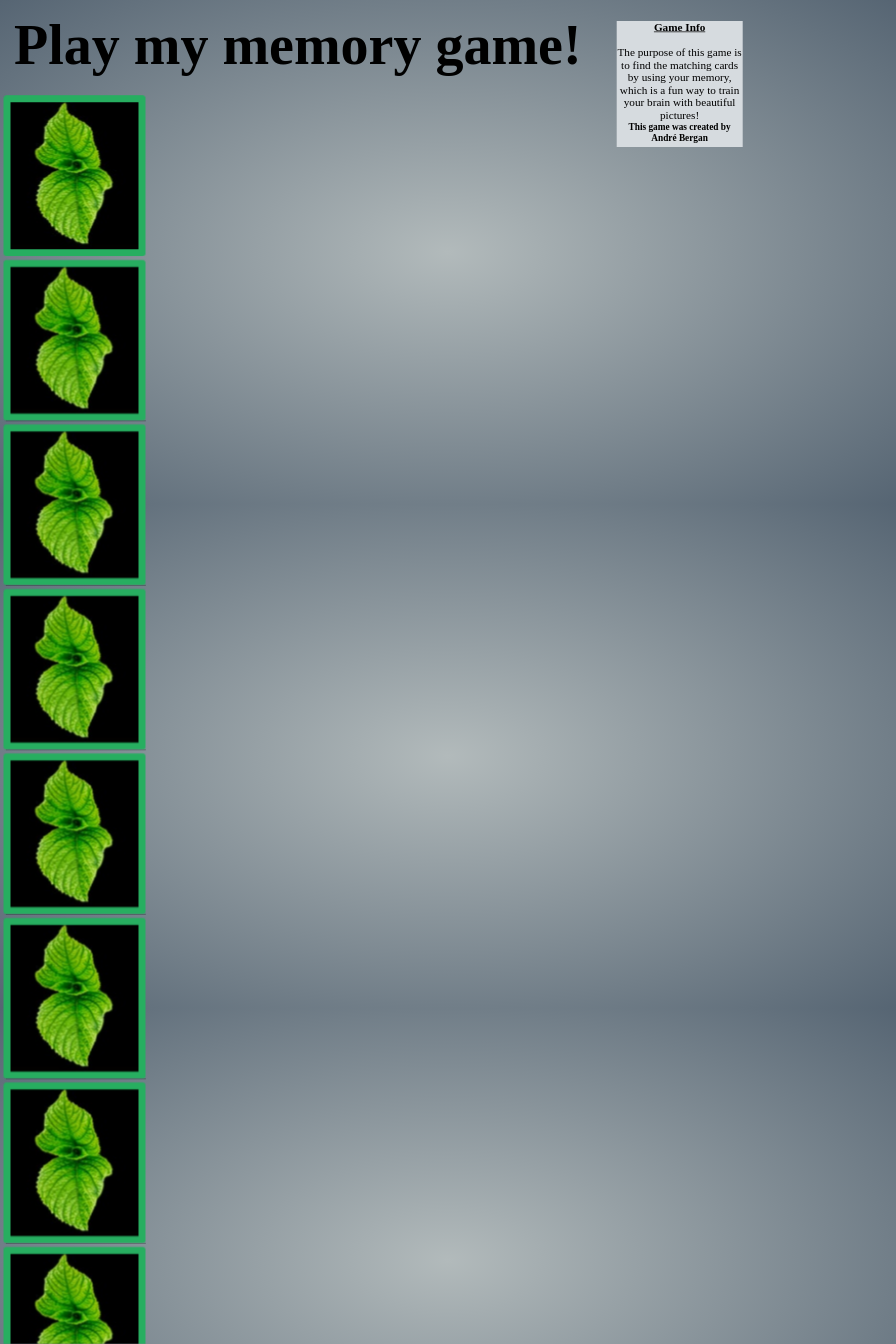
Repository: Code-Institute-Submissions/Milestone-Project-24
Page: index2.html
The author's editor kept a record of every edit. The page is drawn from the files as they stood at one moment, then again after the next edit.
The browser window is 1280 px wide. The pictures show the part of the page from y = 0 to 1920 px (the page is 4831 px tall before and 1324 px after), at 70% of full size.

Above is the page before.
Console error: SyntaxError: Unexpected token 'return'

### index2.html
<!DOCTYPE html>
<html lang="en">

<head>
    <meta charset="UTF-8">
    <meta name="viewport" content="width=device-width, initial-scale=1.0">
    <meta http-equiv="X-UA-Compatible" content="ie=edge">
    <link rel="stylesheet" href="assets/css/styles.css" type="text/css" />
    <title>Memory Game</title>
</head>

<body>
    <section class="memory-game">
        <h2 class="game-title">Play my memory game!</h2>
        <div class="memory-card" data-image="birdseyeview">
            <img class="front-face" src="assets/images/bird-s-eye-view-photo-of-island-1433052.jpg" alt="birdseyeview" />
            <img class="back-face" src="assets/images/green-leaf-765062.jpg" alt="leaf" />
        </div>
        <div class="memory-card" data-image="birdseyeview">
            <img class="front-face" src="assets/images/bird-s-eye-view-photo-of-island-1433052.jpg" alt="birdseyeview" />
            <img class="back-face" src="assets/images/green-leaf-765062.jpg" alt="leaf" />
        </div>

        <div class="memory-card" data-image="coconuttree">
            <img class="front-face" src="assets/images/silhouette-of-person-on-coconut-tree-2889492 (2).jpg" alt="coconuttree" />
            <img class="back-face" src="assets/images/green-leaf-765062.jpg" alt="leaf" />
        </div>
        <div class="memory-card" data-image="coconuttree">
            <img class="front-face" src="assets/images/silhouette-of-person-on-coconut-tree-2889492 (2).jpg" alt="coconuttree" />
            <img class="back-face" src="assets/images/green-leaf-765062.jpg" alt="leaf" />
        </div>

        <div class="memory-card" data-image="architecturebuildings">
            <img class="front-face" src="assets/images/architecture-buildings-business-cars-1834350.jpg" alt="architecturebuildings" />
            <img class="back-face" src="assets/images/green-leaf-765062.jpg" alt="leaf" />
        </div>
        <div class="memory-card" data-image="architecturebuildings">
            <img class="front-face" src="assets/images/architecture-buildings-business-cars-1834350.jpg" alt="architecturebuildings" />
            <img class="back-face" src="assets/images/green-leaf-765062.jpg" alt="leaf" />
        </div>

        <div class="memory-card" data-image="foods">
            <img class="front-face" src="assets/images/assorted-variety-of-foods-on-plates-on-dining-table-1528013.jpg" alt="foods" />
            <img class="back-face" src="assets/images/green-leaf-765062.jpg" alt="leaf" />
        </div>
        <div class="memory-card" data-image="foods">
            <img class="front-face" src="assets/images/assorted-variety-of-foods-on-plates-on-dining-table-1528013.jpg" alt="foods" />
            <img class="back-face" src="assets/images/green-leaf-765062.jpg" alt="leaf" />
        </div>

        <div class="memory-card" data-image="asphalt">
            <img class="front-face" src="assets/images/top-view-of-asphalt-road-1612461.jpg" alt="asphalt" />
            <img class="back-face" src="assets/images/green-leaf-765062.jpg" alt="leaf" />
        </div>
        <div class="memory-card" data-image="asphalt">
            <img class="front-face" src="assets/images/top-view-of-asphalt-road-1612461.jpg" alt="asphalt" />
            <img class="back-face" src="assets/images/green-leaf-765062.jpg" alt="leaf" />
        </div>

        <div class="memory-card" data-image="city">
            <img class="front-face" src="assets/images/aerial-shot-of-city-1823734.jpg" alt="city" />
            <img class="back-face" src="assets/images/green-leaf-765062.jpg" alt="leaf" />
        </div>
        <div class="memory-card" data-image="city">
            <img class="front-face" src="assets/images/aerial-shot-of-city-1823734.jpg" alt="city" />
            <img class="back-face" src="assets/images/green-leaf-765062.jpg" alt="leaf" />
        </div>

        <div class="memory-card" data-image="coffee">
            <img class="front-face" src="assets/images/pexels-3326355.jpg" alt="coffee" />
            <img class="back-face" src="assets/images/green-leaf-765062.jpg" alt="leaf" />
        </div>
        <div class="memory-card" data-image="coffee">
            <img class="front-face" src="assets/images/pexels-3326355.jpg" alt="coffee" />
            <img class="back-face" src="assets/images/green-leaf-765062.jpg" alt="leaf" />
        </div>

        <div class="memory-card" data-image="mountains">
            <img class="front-face" src="assets/images/brown-rocky-mountain-under-white-cloudy-sky-3532326.jpg" alt="mountains" />
            <img class="back-face" src="assets/images/green-leaf-765062.jpg" alt="leaf" />
        </div>
        <div class="memory-card" data-image="mountains">
            <img class="front-face" src="assets/images/brown-rocky-mountain-under-white-cloudy-sky-3532326.jpg" alt="mountains" />
            <img class="back-face" src="assets/images/green-leaf-765062.jpg" alt="leaf" />
        </div>

        <div class="memory-card" data-image="tower">
            <img class="front-face" src="assets/images/red-and-white-tower-under-a-starry-sky-3511571.jpg" alt="tower" />
            <img class="back-face" src="assets/images/green-leaf-765062.jpg" alt="leaf" />
        </div>
        <div class="memory-card" data-image="tower">
            <img class="front-face" src="assets/images/red-and-white-tower-under-a-starry-sky-3511571.jpg" alt="tower" />
            <img class="back-face" src="assets/images/green-leaf-765062.jpg" alt="leaf" />
        </div>

        <div class="memory-card" data-image="bridge">
            <img class="front-face" src="assets/images/red-suspension-bridge-3493772.jpg" alt="bridge" />
            <img class="back-face" src="assets/images/green-leaf-765062.jpg" alt="leaf" />
        </div>
        <div class="memory-card" data-image="bridge">
            <img class="front-face" src="assets/images/red-suspension-bridge-3493772.jpg" alt="bridge" />
            <img class="back-face" src="assets/images/green-leaf-765062.jpg" alt="leaf" />
        </div>
    </section>
    <footer>
        <div class="container">
            <h4 class="game-info">Game Info</h4>
            <br>
            <p class="game-description">The purpose of this game is to find the matching cards by using your memory, which is a fun way to train your brain with beautiful pictures!</p>
            <h5>This game was created by André Bergan</h5>
        </div>
    </footer>
    <script src="assets/js/main.js"></script>
</body>

</html>

### assets/css/styles.css

/* Some general styling for the size and layout etc for my game */
* {
  padding: 0;
  margin: 0;
  box-sizing: border-box;
}

body {
  height: 100vh;
  display: flex;
  background: radial-gradient(#b2babb  , #566573);
}


/* styling for my title! */


.game-title {
    text-align: center;
    padding:20px;
    font-size: 5em;
}


/* Layout of the game board */


.game {
  width: 640px;
  height: 640px;
  margin: auto;
  display: flex;
  flex-wrap: wrap;
  perspective: 1000px;
}

.front-face,
.back-face {
  width: 100%;
  height: 100%;
  padding: 10px;
  position: absolute;
  border-radius: 5px;
  background: #27ae60;
  backface-visibility: hidden;
}

.memory-card {
  width: calc(25% - 10px);
  height: calc(33.333% - 10px);
  margin: 5px;
  position: relative;
  transform: scale(1);
  transform-style: preserve-3d;
  transition: transform .5s;
  box-shadow: 1px 1px 1px rgba(0,0,0,.3);
}

.memory-card:active {
  transform: scale(0.96);
  transition: transform .2s;
}

.memory-card.flip {
  transform: rotateY(180deg);
}

.front-face {
  transform: rotateY(180deg);
}



/* This is for my game description box */
.container {
    width:180px;
    height:180px;
    background-color: #d6dbdf;
    margin: 30px;
    text-align: center;
}

.game-description {
    margin:auto;
}

.game-info {
    text-decoration: underline;
}

### assets/js/main.js
const cards = document.querySelectorAll('.memory-card');

let hasFlippedCard = false;
let lockBoard = false;
let firstCard, secondCard;

function flipCard() {
  if (lockBoard) return;
  if (this === firstCard) return;

  this.classList.add('flip');

  if (!hasFlippedCard) {
    hasFlippedCard = true;
    firstCard = this;

    return;
  }

  secondCard = this;
  checkForMatch();
}

function disableCards() {
  firstCard.removeEventListener('click', flipCard);
  secondCard.removeEventListener('click', flipCard);

  resetCards();
}

function checkForMatch() {
  let pair = firstCard.dataset.image === secondCard.dataset.image;

  if (pair) {
      disableCards();
  } else {
      unflipCards();
  }
}

function unflipCards() {
  lockBoard = true;

  setTimeout(() => {
    firstCard.classList.remove('flip');
    secondCard.classList.remove('flip');

    resetCards();
  }, 1000);
}

function resetCards() {
  [hasFlippedCard, lockBoard] = [false, false];
  [firstCard, secondCard] = [null, null];
}

(function shuffleCards() {
  cards.forEach(card => {
    let randomOrder = Math.floor(Math.random() * 20);
    card.style.order = randomOrder;
  });
})();

cards.forEach(card => card.addEventListener('click', flipCard));

function flipCount(card) {
    var flips = document.getElementById('flipcount');
    var totalClicks = 0;

cards.forEach(hasFlippedCard => {
        totalClicks ++;
        flips = totalClicks +=

    return;
    })
}


var flips = document.getElementById('flipcount');
for (i = 0; i > 100; i++) {

}

After the next edit:
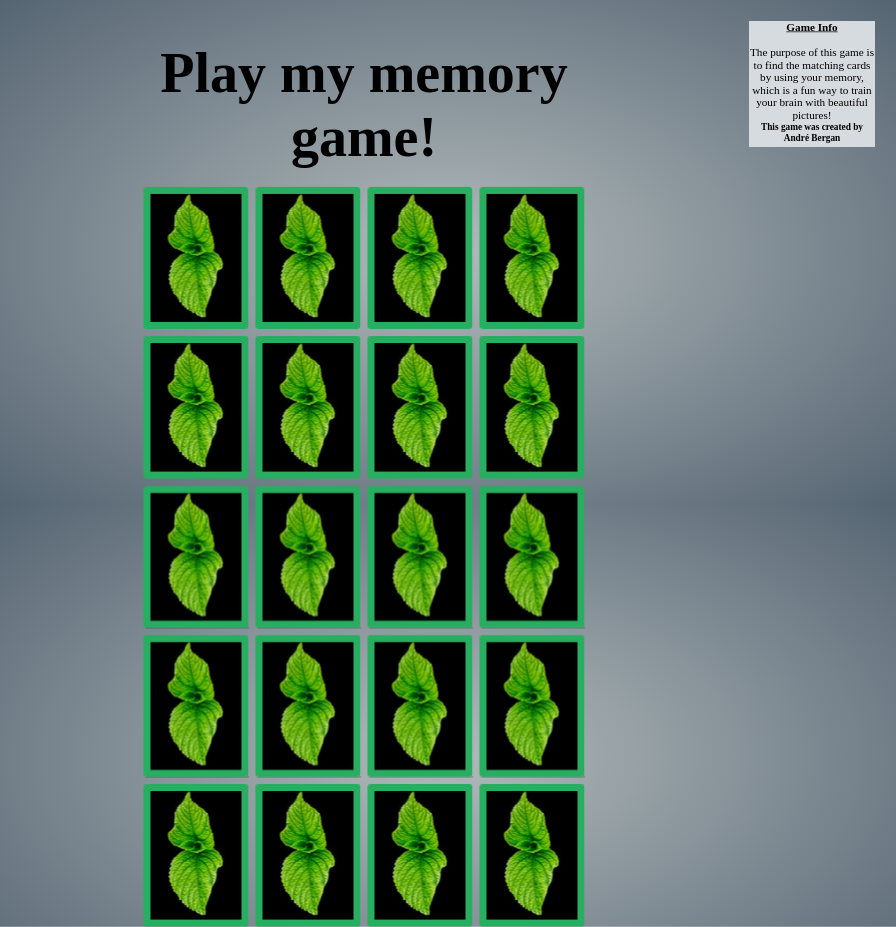
The edit:
--- a/index2.html
+++ b/index2.html
@@ -10,7 +10,7 @@
 </head>
 
 <body>
-    <section class="memory-game">
+    <section class="game">
         <h2 class="game-title">Play my memory game!</h2>
         <div class="memory-card" data-image="birdseyeview">
             <img class="front-face" src="assets/images/bird-s-eye-view-photo-of-island-1433052.jpg" alt="birdseyeview" />
